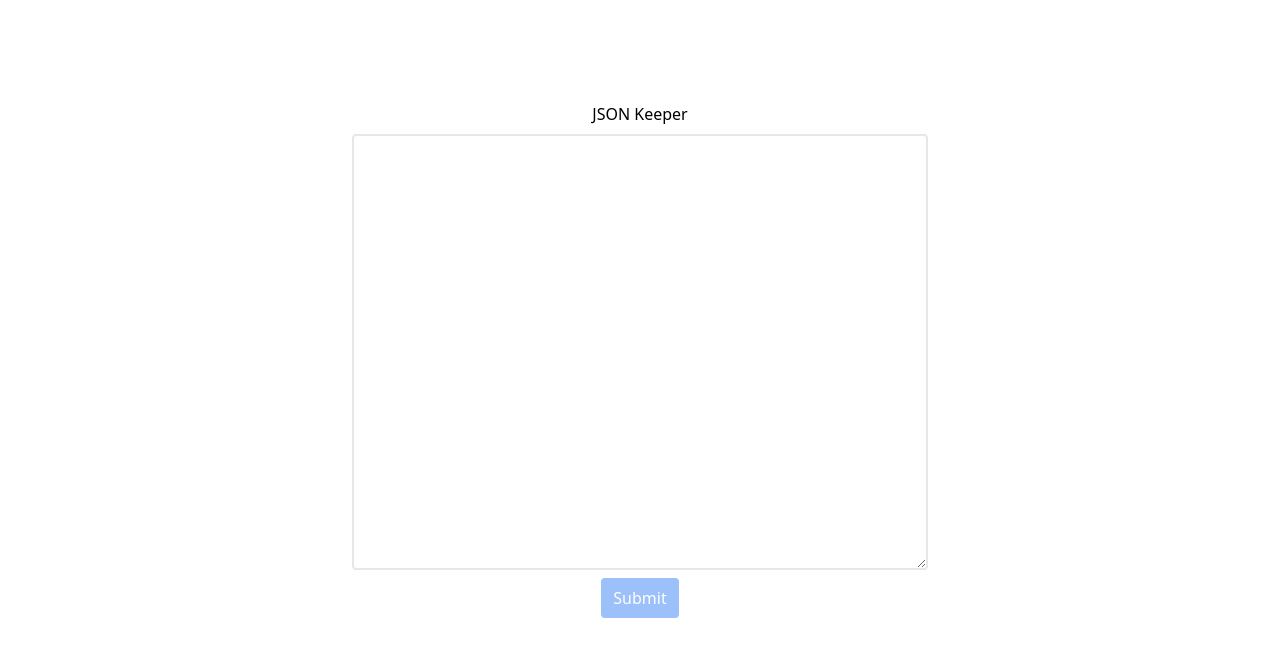
Repository: lakshithapramodya/jsonhub
Page: / (app in client/)
These files come from the project's save history. The page is drawn as it stood at one moment and after the next save; the edit follows.
The browser window is 1280 px wide. The pictures show the whole page.
The page's requests for data from a server got no answer. The project was rebuilt for these pictures with package versions that can differ from the ones it lists, and the page was loaded fresh each time. No one was signed in, and anything a server would have sent is missing. Also part of the build but not shown: client/src/HandleJsonData.js.

Above is the page before, as saved 2023-05-10 12:13:05.

After the next save:
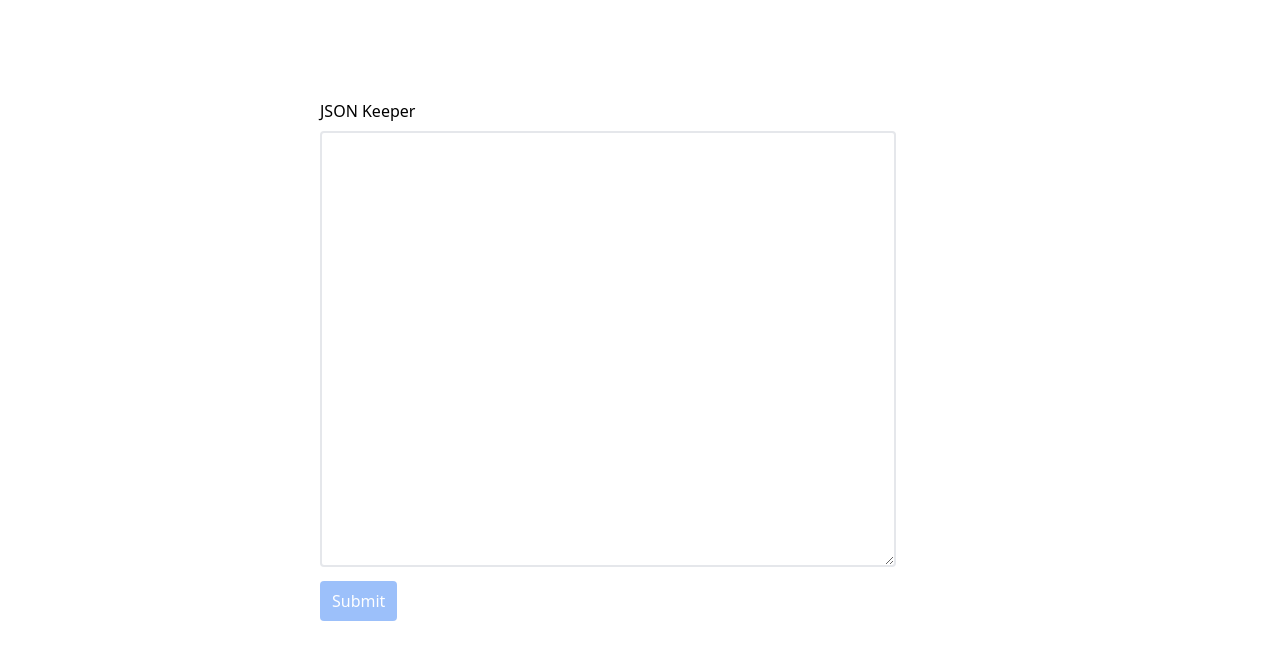
Saved 13 s later.
--- a/client/src/App.js
+++ b/client/src/App.js
@@ -41,10 +41,7 @@ function App() {
         <a href={`${SERVER_ENDPOINT}/${url}`}>{`${SERVER_ENDPOINT}/${url}`}</a>
       )}
       <div className="flex flex-col m-auto w-full md:w-1/2 items-center justify-center">
-        <form
-          onSubmit={handleSubmit}
-          className="flex flex-col items-center justify-center w-full space-y-2"
-        >
+        <form onSubmit={handleSubmit} className="w-full space-y-2">
           <h1 className="">JSON Keeper</h1>
           <textarea
             onChange={(e) => setInput(e.target.value)}
